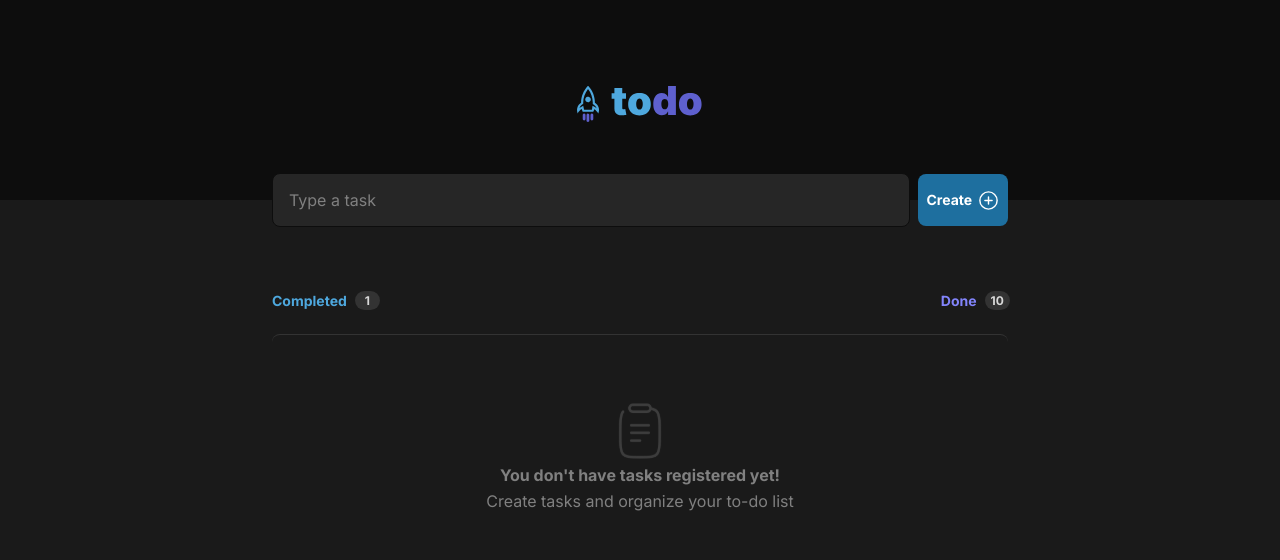
Repository: JoseGu1llardi/to-do-list-D01
Page: /
The author's editor kept a copy of each file at every save. The page is drawn from the files as they stood at one save, then again after the next save.
The browser window is 1280 px wide. The pictures show the whole page.
The project was rebuilt for these pictures with package versions that can differ from the ones it lists, and the page was loaded fresh each time. Also part of the build but not shown: vite.config.ts.

Above is the page before, as saved 2023-03-11 19:22:41.

After the next save:
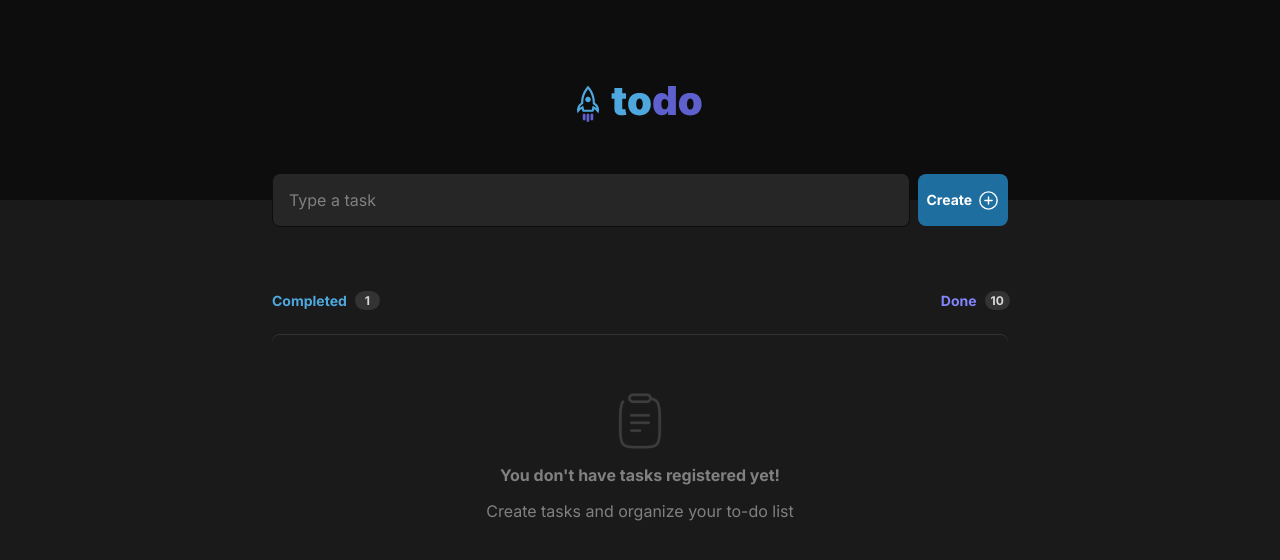
Saved 8 s later.
--- a/src/components/Tasks/styles.module.css
+++ b/src/components/Tasks/styles.module.css
@@ -138,7 +138,6 @@
   font-style: normal;
   font-weight: 700;
   font-size: 16px;
-  line-height: 0%;
 
   text-align: center;
 
